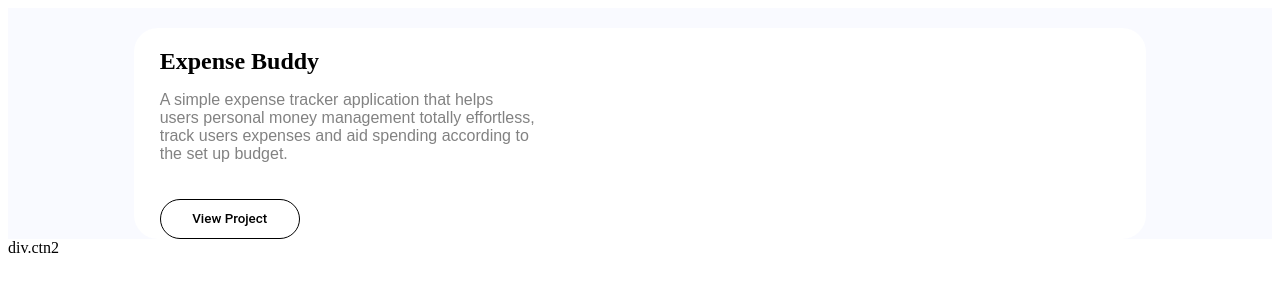
Repository: adehope1/My_Portfoilo
Page: port/assest/index2.html
The author's editor kept a copy of each file at every save. The page is drawn from the files as they stood at one save, then again after a run of saves.
The browser window is 1280 px wide. The pictures show the whole page.

Above is the page before, as saved 2024-09-01 22:13:23.

After the next 8 saves:
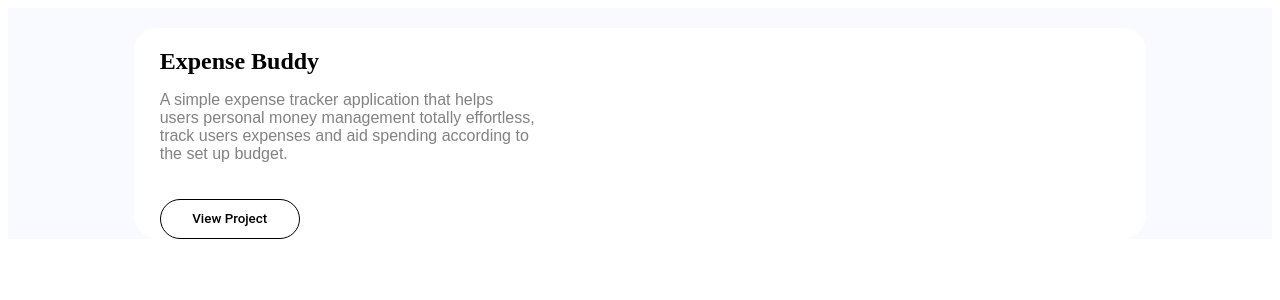
The 8 saves are shown as one change because they came seconds apart.
The last was saved 19 s later.
--- a/port/assest/index2.html
+++ b/port/assest/index2.html
@@ -26,7 +26,11 @@
         </div>
     </div>
     <div class="proCont1">
-        div.ctn2
+        <div class="ctn2">
+            <div class="nameP1">
+
+            </div>
+        </div>
     </div>
 </body>
 </html>
